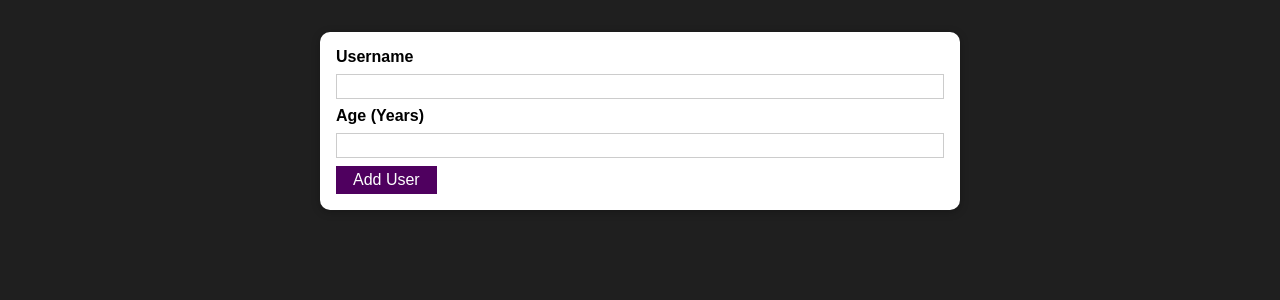
Repository: otvertka/MSC_4
Page: /
An editor plug-in stored every save of this project. The page is shown before and after the next save, followed by the edit.
The browser window is 1280 px wide. The pictures show the whole page.
The project was rebuilt for these pictures with package versions that can differ from the ones it lists, and the page was loaded fresh each time.

Above is the page before, as saved 2023-07-05 17:46:42.

### src/App.js
import React from "react";
import AddUser from "./components/AddUser/AddUser";

function App() {
  return (
    <div>
      <AddUser />
    </div>
  );
}

export default App;

### src/components/AddUser/AddUser.js
import React from "react";
import classes from "./AddUser.module.css";
import Button from "../Button/Button";
import Card from "../Card/Card.js";

const AddUser = (props) => {
  const addUserHandler = (event) => {
    event.preventDefault();
  };

  return (
    <Card className={classes.input}>
      <form onSubmit={addUserHandler}>
        <label htmlFor="username">Username</label>
        <input id="username" type="text" />
        <label htmlFor="age">Age (Years)</label>
        <input id="age" type="number" />

        <Button type="submit">Add User</Button>
      </form>
    </Card>
  );
};

export default AddUser;

### src/components/AddUser/AddUser.module.css
.input {
  margin: 2rem auto;
  padding: 1rem;
  width: 90%;
  max-width: 40rem;
  /* background-color: aqua;
  border-radius: 20px; */
}

.input label {
  display: block;
  font-weight: bold;
  margin-bottom: 0.5rem;
}

.input input {
  font: inherit;
  display: block;
  width: 100%;
  border: 1px solid #ccc;
  padding: 0.15rem;
  margin-bottom: 0.5rem;
}

.input input:focus {
  outline: none;
  border-color: #4f005f;
}

### src/components/Button/Button.js
import React from "react";
import classes from "./Button.module.css";
const Button = (props) => {
  return (
    <button
      type={props.type || "button"}
      className={classes.button}
      onClick={props.onClick}
    >
      {props.children}
    </button>
  );
};

export default Button;

Loaded but not shown: public/index.html (common file); src/index.js (common file); src/index.css (common file); src/components/Card/Card.js (common file); src/components/Button/Button.module.css (common file); src/components/Card/Card.module.css (common file)

After the next save:
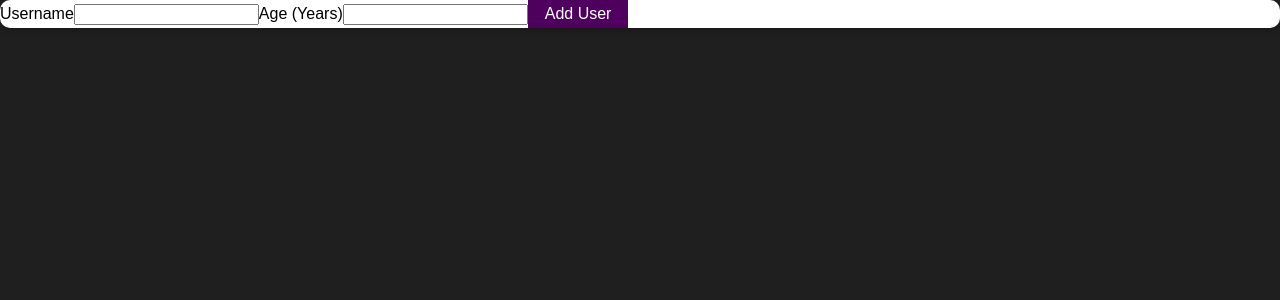
Saved 17 h 49 min later.
--- a/src/components/AddUser/AddUser.js
+++ b/src/components/AddUser/AddUser.js
@@ -9,7 +9,7 @@ const AddUser = (props) => {
   };
 
   return (
-    <Card className={classes.input}>
+    <Card cssClass={classes.input}>
       <form onSubmit={addUserHandler}>
         <label htmlFor="username">Username</label>
         <input id="username" type="text" />
